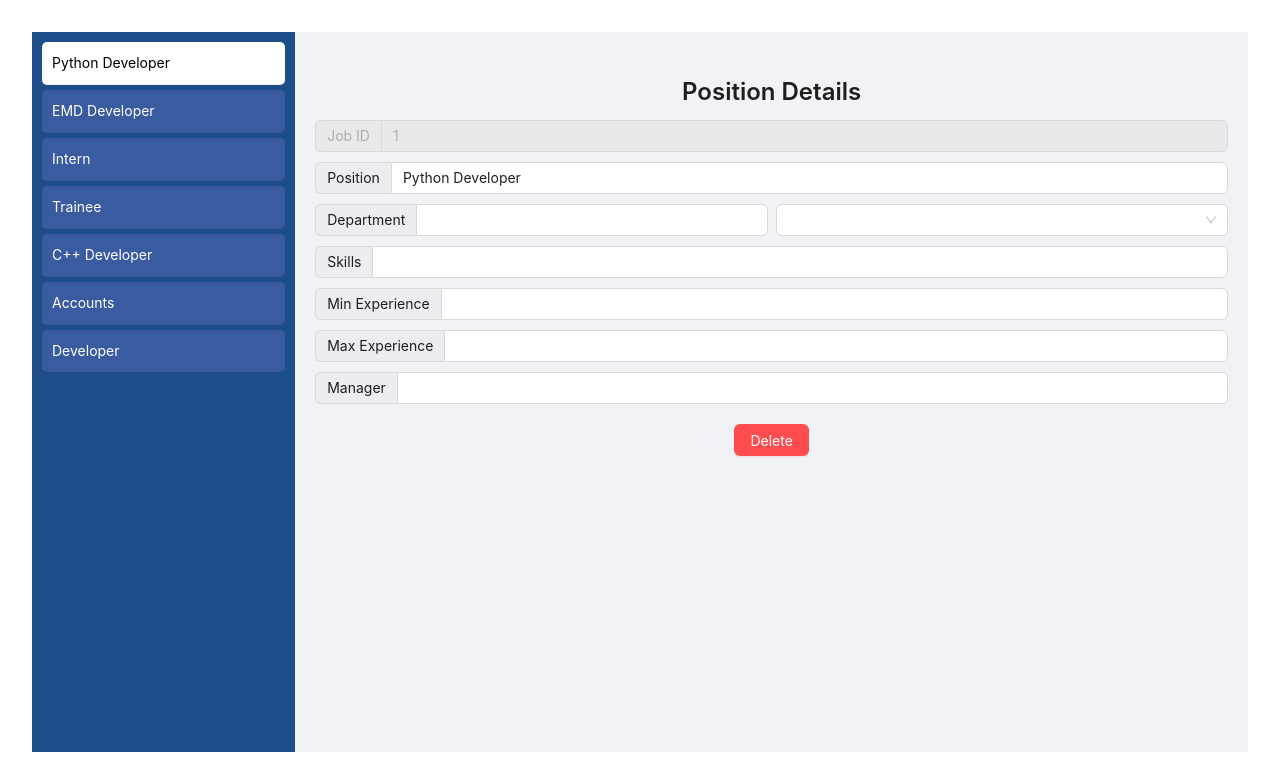
Repository: Moqueed/Delta_Iot
Page: /admin-dashboard/active-positions (app in client/), after clicking the first element matching `li.ant-list-item`
These files come from the project's save history. The page is drawn as it stood at one moment and after the next save; the edit follows.
The browser window is 1280 px wide. The pictures show the whole page.
The project was rebuilt for these pictures with package versions that can differ from the ones it lists, and the page was loaded fresh each time. Also part of the build but not shown: client/vite.config.js, client/src/api/users.js, client/src/pages/Register/index.jsx, client/src/pages/Login/index.jsx, client/src/components/ProtectedRoute.jsx, client/src/pages/HR/HRDashboard.jsx, client/src/pages/Admin/AdminDashboard.jsx, client/src/pages/HR/TotalDataPage.jsx.

Above is the page before, as saved 2025-03-14 14:43:23.

After the next save:
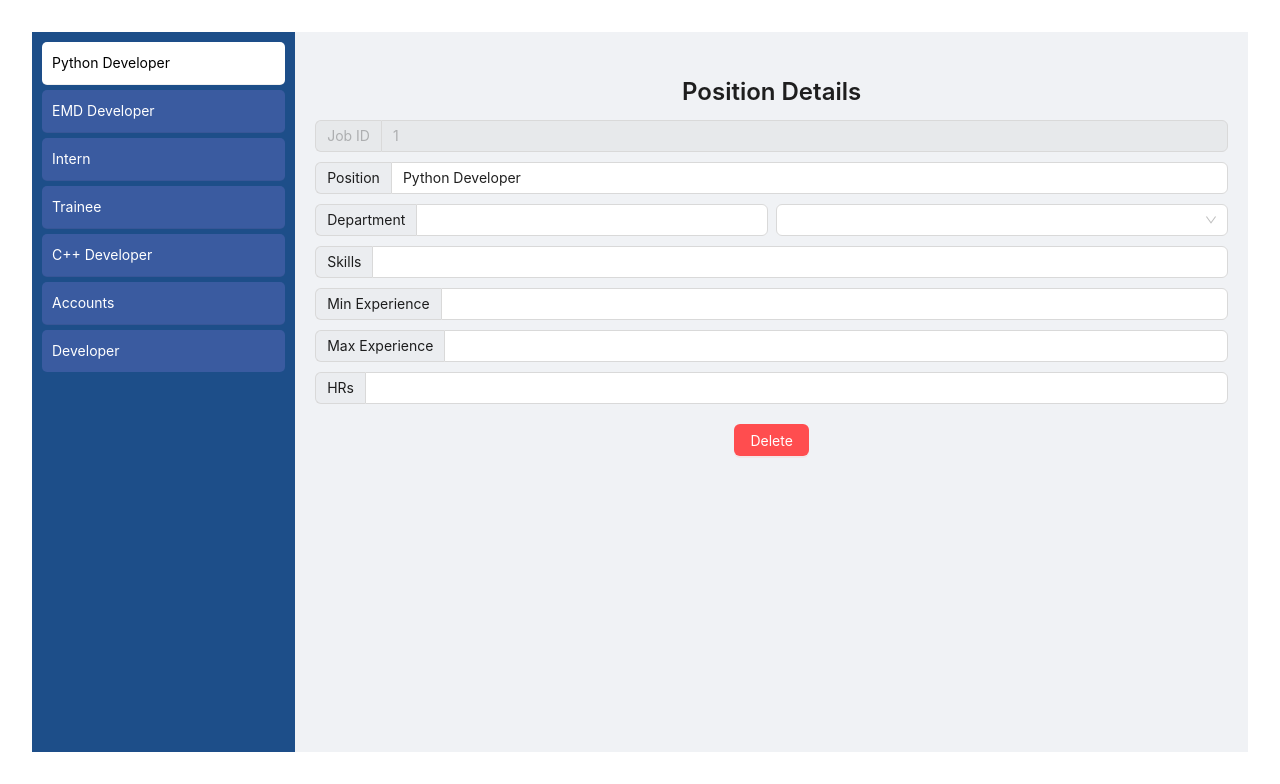
Saved 2 min 39 s later.
--- a/client/src/pages/Admin/ActivePositions.jsx
+++ b/client/src/pages/Admin/ActivePositions.jsx
@@ -79,7 +79,7 @@ const ActivePositions = () => {
             <Input addonBefore="Skills" value={selectedPosition.skills} style={{ marginBottom: "10px" }} />
             <Input addonBefore="Min Experience" value={selectedPosition.minimum_experience} style={{ marginBottom: "10px" }} />
             <Input addonBefore="Max Experience" value={selectedPosition.maximum_experience} style={{ marginBottom: "10px" }} />
-            <Input addonBefore="Manager" value={selectedPosition.manager} style={{ marginBottom: "10px" }} />
+            <Input addonBefore="HRs" value={selectedPosition.manager} style={{ marginBottom: "10px" }} />
             <Button type="primary" danger onClick={() => handleDelete(selectedPosition.job_id)} style={{ marginTop: "10px" }}>
               Delete
             </Button>
